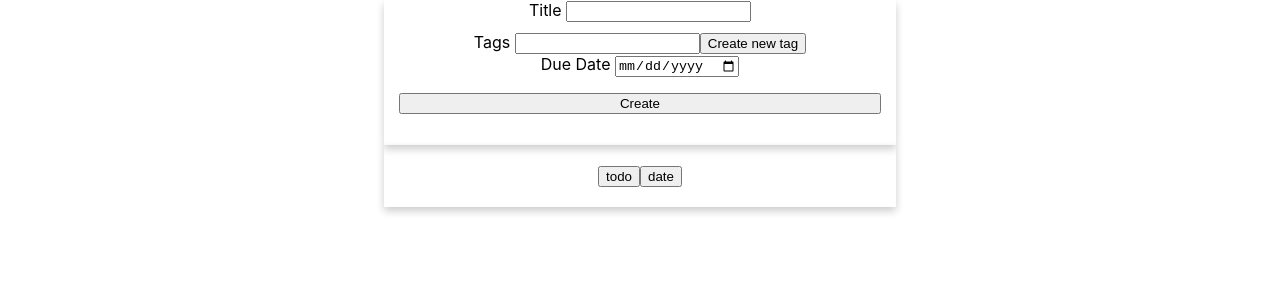
Repository: sanjayMamidipaka/reactappbits
Page: /
The author's editor kept a copy of each file at every save. The page is drawn from the files as they stood at one save, then again after the next save.
The browser window is 1280 px wide. The pictures show the whole page.
The project was rebuilt for these pictures with package versions that can differ from the ones it lists, and the page was loaded fresh each time. Also part of the build but not shown: src/components/Tag.css, src/components/Tag.tsx, src/components/TodoItem.tsx.

Above is the page before, as saved 2022-01-18 21:48:02.

### src/App.tsx
import logo from './logo.svg';
import './App.css';
import TodoList from './components/TodoList';

function App() {
  return (
    <div className="App">
      <TodoList/>
    </div>
  );
}

export default App;

### src/components/TodoList.tsx
import React, { EventHandler } from 'react'
import './TodoList.css'
import { useState } from 'react'
import Tag from './Tag'
import TodoItem from './TodoItem'
/**
 * Thank you for applying to Bits of Good. You are free to add/delete/modify any
 * parts of this project. That includes changing the types.ts, creating css files,
 * modifying import statements, using contexts, etc. We do recommend to keep it simple.
 * You will not be judged based on complexity. We also recommend using
 * multiple components instead of coding everything on this file :)
 *
 * Have fun! Please reach out to hello@bitsofgood.org or wkim330@gatech.edu if you
 * have any questions!
 *
 * Bits of Good Engineering Team
 *
 */
// TODO: Start coding from here

// Here's a baseline todo item type.
// Feel free to extend or create your own interface!

export default function TodoList() {
  const [title, setTitle] = useState('');
  const [tagValue, setTagValue] = useState('');
  const [index, setIndex] = useState(0);
  const [date, setDate] = useState('');
  const completedItems: any[] = [];
  const [todoListCompletedItems, setTodoListCompletedItems] = useState(completedItems);
  const [todoToggle, setTodoToggle] = useState(false);
  const [dateToggle, setDateToggle] = useState(false);
  const [checked, setChecked] = useState(false);

  const [tagArray, setTagArray] = useState<{name1: string, index1: number}[]>([]);

    const addNewTag = (e: React.MouseEvent<HTMLButtonElement>) => {
      e.preventDefault();
      if (tagValue !== "") {
        setTagArray((tagArray: {name1: string, index1: number}[]) => {
          return [...tagArray, {name1: tagValue, index1: index}];
        });
      }
      setIndex(index + 1);
      setTagValue('');

    }

    const removeElement = (index: number) => {
      setTagArray((tagArray)=>{
        let newTagArray = tagArray.filter((tagObject) => tagObject.index1 !== index);

        return newTagArray;
      })
      console.log(tagArray);

    }

    const handleSubmit = (e: React.MouseEvent<HTMLButtonElement>) => {
      const itemToAdd: any = {
      title: title,
      dueDate: date,
      tagList: tagArray,
      completed: false,
      idx: new Date().getTime().toString(),
      checked: checked
    }
    setTitle('');
    setTodoListCompletedItems([...todoListCompletedItems, itemToAdd]);
    setTagArray([]);
    setDate('');
    }

    const sortByTodo = () => {
      setTodoToggle(!todoToggle);


      if (todoToggle === true) {
        console.log(todoListCompletedItems)
        // todoListCompletedItems.sort((a,b) => {
        //   console.log(a + " " + b);

        //   a = a ? 1 : 0;
        //   b = b ? 1 : 0;
        //   return a - b;
        // })
      }

    }
  return (
    <div>
  <div className="card">
    <label htmlFor="nameLabel">Title </label>
        <input
          type="text"
          value={title}
          onChange={(e) => setTitle(e.target.value)}
        />
        <div style={{padding: '5px'}}></div>

        <label htmlFor="tagLabel">Tags </label>
        <input
          type="text"
          value={tagValue}
          onChange={(e) => setTagValue(e.target.value)}
        />
        <button type="submit" onClick={addNewTag}>
          Create new tag
        </button>

        <div>
          {tagArray.map((tagObject: {name1: string, index1: number}) => {
            return <Tag name={tagObject.name1} key={tagObject.index1} theIndex={tagObject.index1} remove={removeElement} include={"x"}></Tag>
          })}
        </div>

        <label htmlFor="dueDateLabel">Due Date </label>
        <input
          type="date"
          value={date}
          onChange={(e) => {
            setDate(e.target.value);
          }}
        />

        <div style={{padding: '15px'}} className = 'submitButton'>
          <button style ={{width: '100%'}} type='submit' onClick={handleSubmit}>Create</button>
          <p>{checked}</p>
        </div>

      </div>

      <div className="card">
          <div style={{padding: '10px'}}></div>
          <button onClick={sortByTodo}>todo</button>
          <button>date</button>
          <div style={{padding: '10px'}}></div>
      </div>

      <div>
          {todoListCompletedItems.map((todoListItem) => {
            return <TodoItem todoListItem={todoListItem} key={todoListItem.idx} index={todoListItem.idx} setChecked={setChecked}></TodoItem>
          })}
        </div>

        </div>
  )
}

### src/components/TodoList.css
.card {
  /* Add shadows to create the "card" effect */
  box-shadow: 0 4px 8px 0 rgba(0,0,0,0.2);
  transition: 0.3s;
  width: 40%;
  margin: 0 auto;
}

/* On mouse-over, add a deeper shadow */
.card:hover {
  box-shadow: 0 8px 16px 0 rgba(0,0,0,0.2);
}

/* Add some padding inside the card container */
.container {
  padding: 2px 16px;
}

### src/components/TodoItem.css
.card {
  /* Add shadows to create the "card" effect */
  box-shadow: 0 4px 8px 0 rgba(0,0,0,0.2);
  transition: 0.3s;
  width: 40%;
}

/* On mouse-over, add a deeper shadow */
.card:hover {
  box-shadow: 0 8px 16px 0 rgba(0,0,0,0.2);
}

.grid-container {
  display: grid;
  grid-template-columns: auto auto auto;
  padding: 0px;
  align-items: center;

}

.grid-item {
  padding: 0px;
  font-size: 20px;
  text-align: center;
  vertical-align: center;
  /* border: 1px solid rgba(0, 0, 0, 0.8); */
}

input[type=checkbox] {
    height: 20px;
    width: 20px;
}

Loaded but not shown: public/index.html (common file); src/index.tsx (common file); src/index.css (common file); src/reportWebVitals.js (common file); src/App.css (common file)

After the next save:
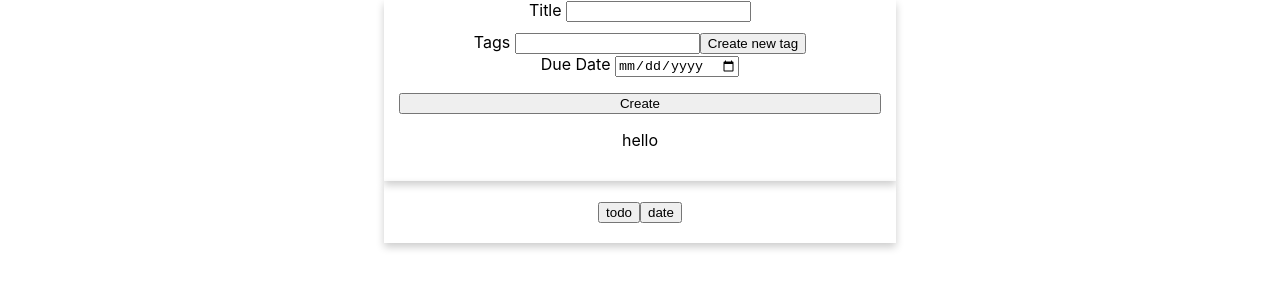
Saved 11 s later.
--- a/src/components/TodoList.tsx
+++ b/src/components/TodoList.tsx
@@ -125,7 +125,7 @@ export default function TodoList() {
 
         <div style={{padding: '15px'}} className = 'submitButton'>
           <button style ={{width: '100%'}} type='submit' onClick={handleSubmit}>Create</button>
-          <p>{checked}</p>
+          <p>hello</p>
         </div>
 
       </div>
